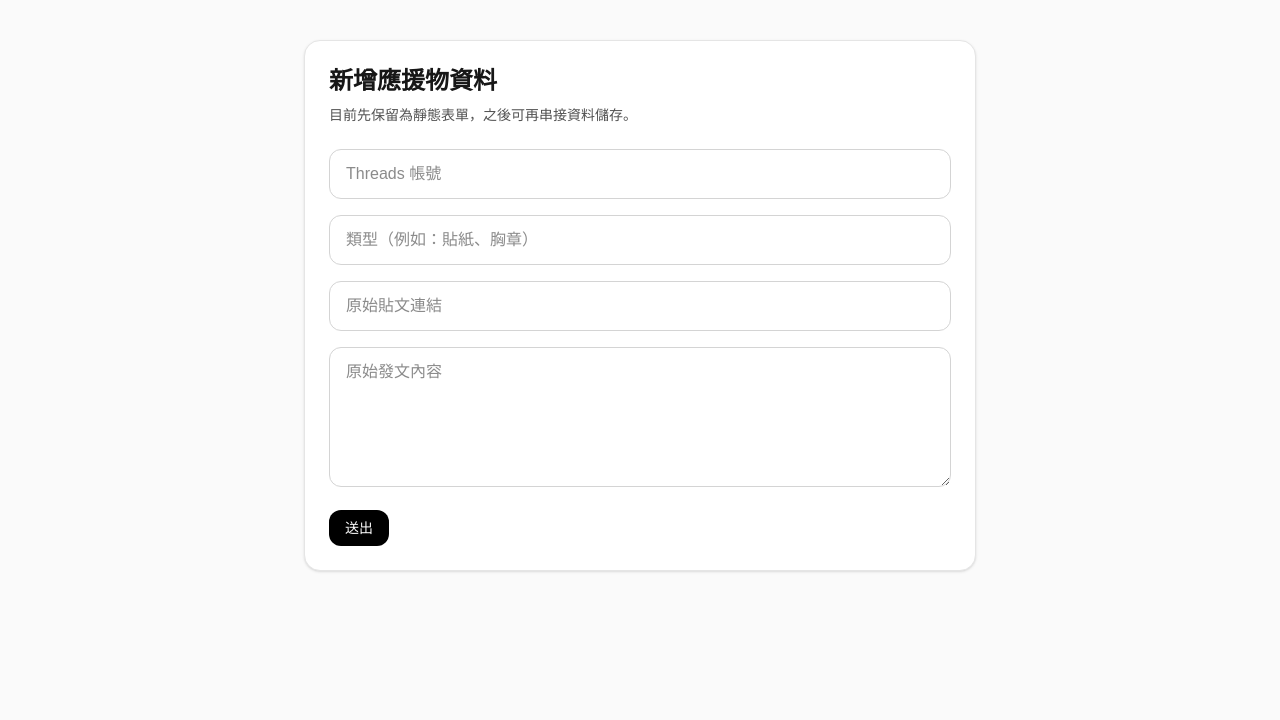
Repository: tzuhan2575/cheering-source-site
Page: /item/submit
An editor plug-in stored every save of this project. The page is shown before and after the next save, followed by the edit.
The browser window is 1280 px wide. The pictures show the whole page.
The project was rebuilt for these pictures with package versions that can differ from the ones it lists, and the page was loaded fresh each time. The framework's server and built-in components were replaced by stand-ins that run in the browser. Also part of the build but not shown: next.config.ts.

Above is the page before, as saved 2026-03-13 20:38:30.

After the next save:
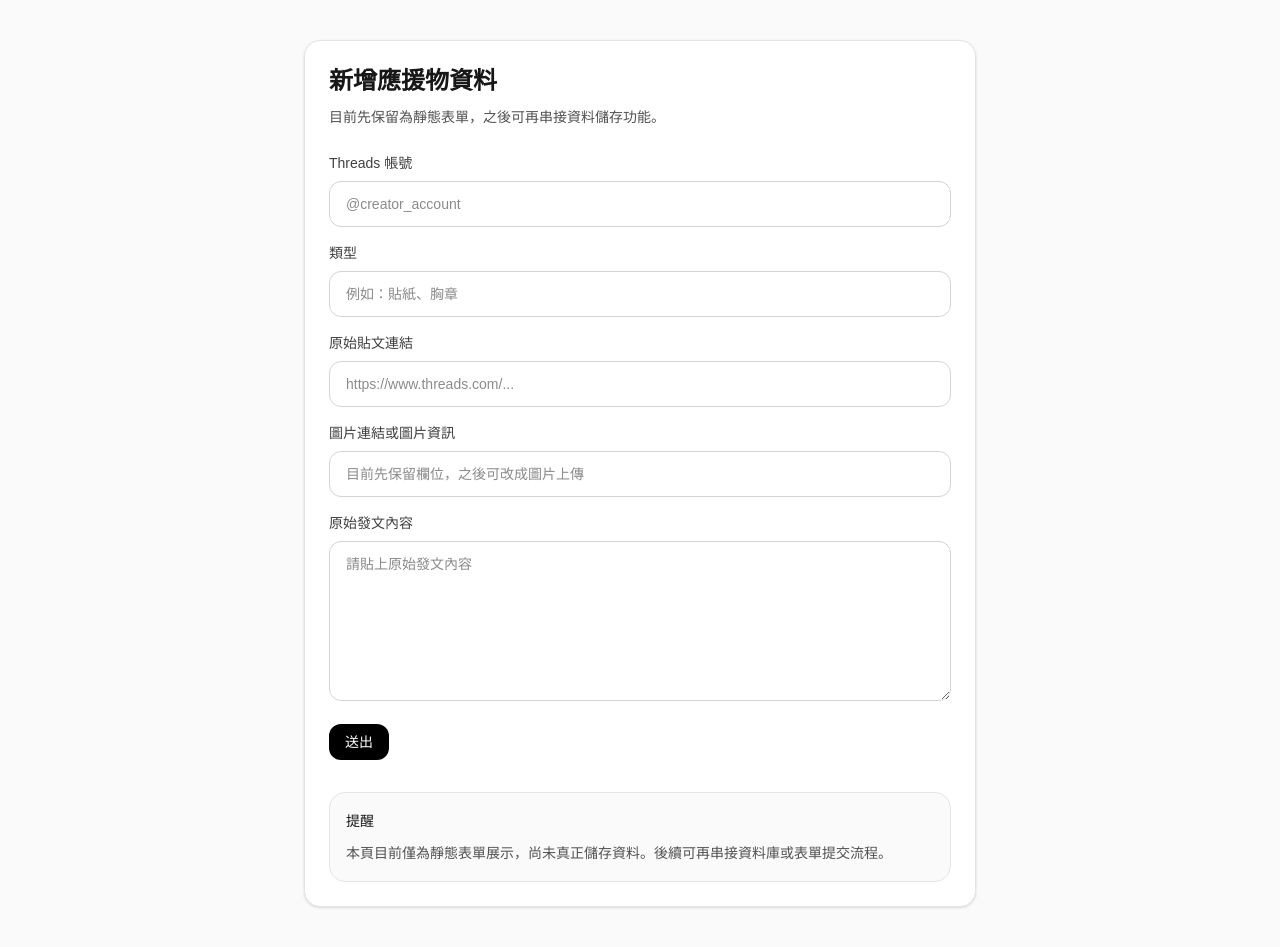
Saved 6 min 26 s later.
--- a/app/item/submit/page.tsx
+++ b/app/item/submit/page.tsx
@@ -3,33 +3,78 @@ export default function SubmitPage() {
     <main className="min-h-screen bg-neutral-50 px-6 py-10">
       <div className="mx-auto max-w-2xl rounded-2xl border border-neutral-200 bg-white p-6 shadow-sm">
         <h1 className="text-2xl font-bold text-neutral-900">新增應援物資料</h1>
-        <p className="mt-2 text-sm text-neutral-600">
-          目前先保留為靜態表單，之後可再串接資料儲存。
+        <p className="mt-2 text-sm leading-6 text-neutral-600">
+          目前先保留為靜態表單，之後可再串接資料儲存功能。
         </p>
 
         <div className="mt-6 space-y-4">
-          <input
-            type="text"
-            placeholder="Threads 帳號"
-            className="w-full rounded-xl border border-neutral-300 px-4 py-3"
-          />
-          <input
-            type="text"
-            placeholder="類型（例如：貼紙、胸章）"
-            className="w-full rounded-xl border border-neutral-300 px-4 py-3"
-          />
-          <input
-            type="text"
-            placeholder="原始貼文連結"
-            className="w-full rounded-xl border border-neutral-300 px-4 py-3"
-          />
-          <textarea
-            placeholder="原始發文內容"
-            className="min-h-[140px] w-full rounded-xl border border-neutral-300 px-4 py-3"
-          />
-          <button className="rounded-xl bg-black px-4 py-2 text-sm text-white">
+          <div>
+            <label className="mb-2 block text-sm font-medium text-neutral-700">
+              Threads 帳號
+            </label>
+            <input
+              type="text"
+              placeholder="@creator_account"
+              className="w-full rounded-xl border border-neutral-300 px-4 py-3 text-sm outline-none transition focus:border-neutral-500"
+            />
+          </div>
+
+          <div>
+            <label className="mb-2 block text-sm font-medium text-neutral-700">
+              類型
+            </label>
+            <input
+              type="text"
+              placeholder="例如：貼紙、胸章"
+              className="w-full rounded-xl border border-neutral-300 px-4 py-3 text-sm outline-none transition focus:border-neutral-500"
+            />
+          </div>
+
+          <div>
+            <label className="mb-2 block text-sm font-medium text-neutral-700">
+              原始貼文連結
+            </label>
+            <input
+              type="text"
+              placeholder="https://www.threads.com/..."
+              className="w-full rounded-xl border border-neutral-300 px-4 py-3 text-sm outline-none transition focus:border-neutral-500"
+            />
+          </div>
+
+          <div>
+            <label className="mb-2 block text-sm font-medium text-neutral-700">
+              圖片連結或圖片資訊
+            </label>
+            <input
+              type="text"
+              placeholder="目前先保留欄位，之後可改成圖片上傳"
+              className="w-full rounded-xl border border-neutral-300 px-4 py-3 text-sm outline-none transition focus:border-neutral-500"
+            />
+          </div>
+
+          <div>
+            <label className="mb-2 block text-sm font-medium text-neutral-700">
+              原始發文內容
+            </label>
+            <textarea
+              placeholder="請貼上原始發文內容"
+              className="min-h-[160px] w-full rounded-xl border border-neutral-300 px-4 py-3 text-sm outline-none transition focus:border-neutral-500"
+            />
+          </div>
+
+          <button
+            type="button"
+            className="rounded-xl bg-black px-4 py-2 text-sm text-white transition hover:opacity-90"
+          >
             送出
           </button>
+        </div>
+
+        <div className="mt-8 rounded-2xl border border-neutral-200 bg-neutral-50 p-4 text-sm leading-6 text-neutral-600">
+          <p className="font-medium text-neutral-900">提醒</p>
+          <p className="mt-2">
+            本頁目前僅為靜態表單展示，尚未真正儲存資料。後續可再串接資料庫或表單提交流程。
+          </p>
         </div>
       </div>
     </main>
